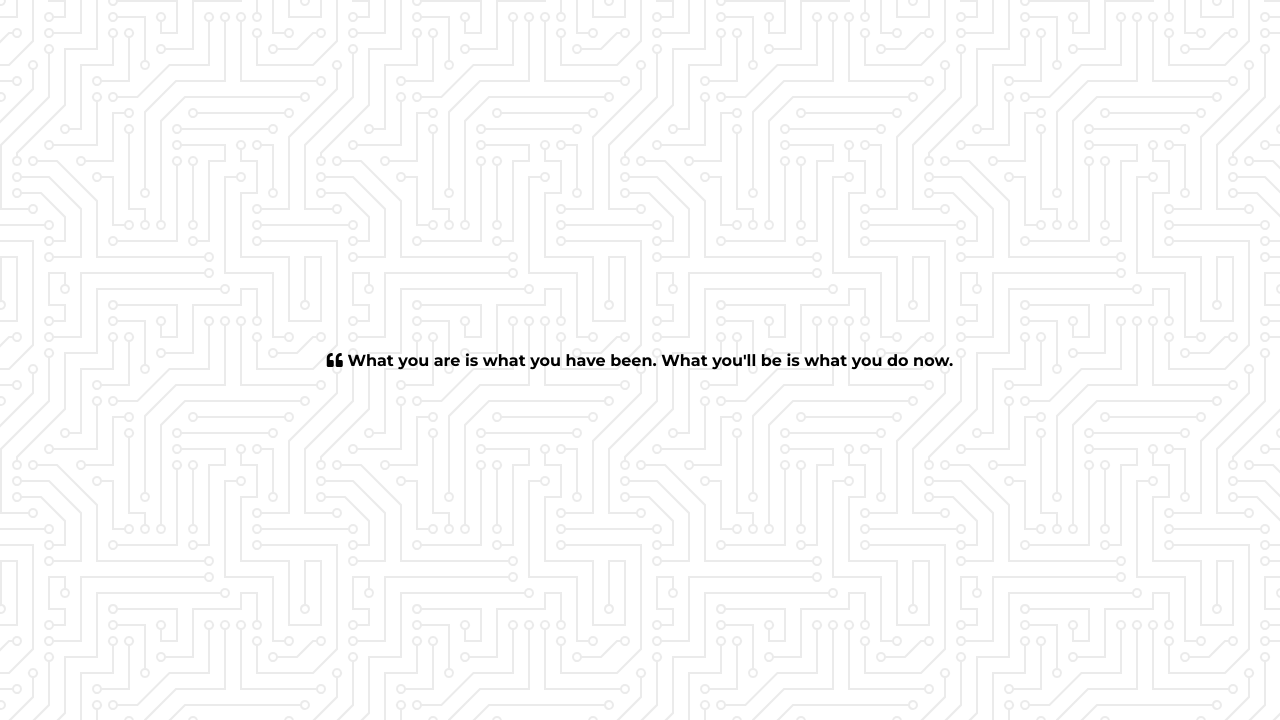
Repository: Badynko/quote-generator
Page: index.html
The author's editor kept a copy of each file at every save. The page is drawn from the files as they stood at one save, then again after the next save.
The browser window is 1280 px wide. The pictures show the whole page.
Some web libraries are served in a nearby version.

Above is the page before, as saved 2024-05-08 18:26:12.

After the next save:
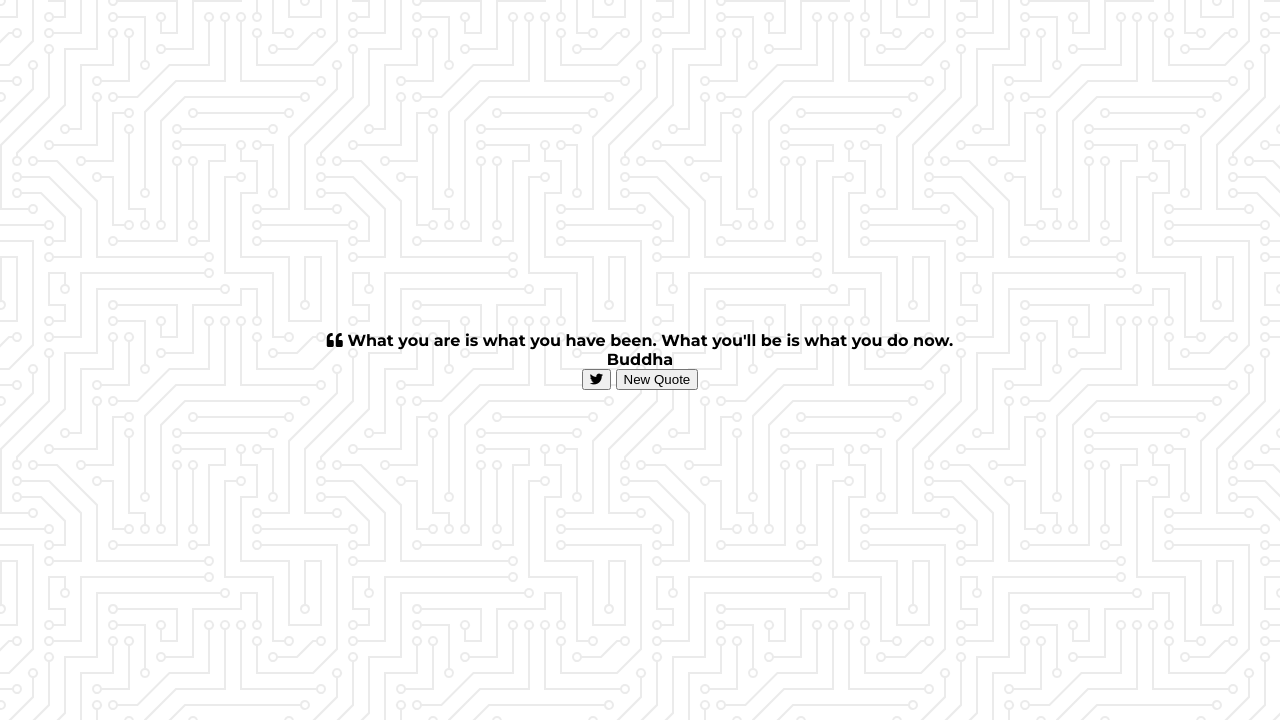
Saved 2 min 33 s later.
--- a/index.html
+++ b/index.html
@@ -22,6 +22,17 @@
           What you are is what you have been. What you'll be is what you do now.
         </span>
       </div>
+      <!-- Author -->
+      <div class="quote-author">
+        <span id="author">Buddha</span>
+      </div>
+      <!-- Buttons -->
+      <div class="button-container">
+        <button class="twitter-button" id="twitter" title="Tweet This!">
+          <i class="fab fa-twitter"></i>
+        </button>
+        <button id="new-quote">New Quote</button>
+      </div>
     </div>
     <!-- Script -->
     <script src="script.js"></script>
